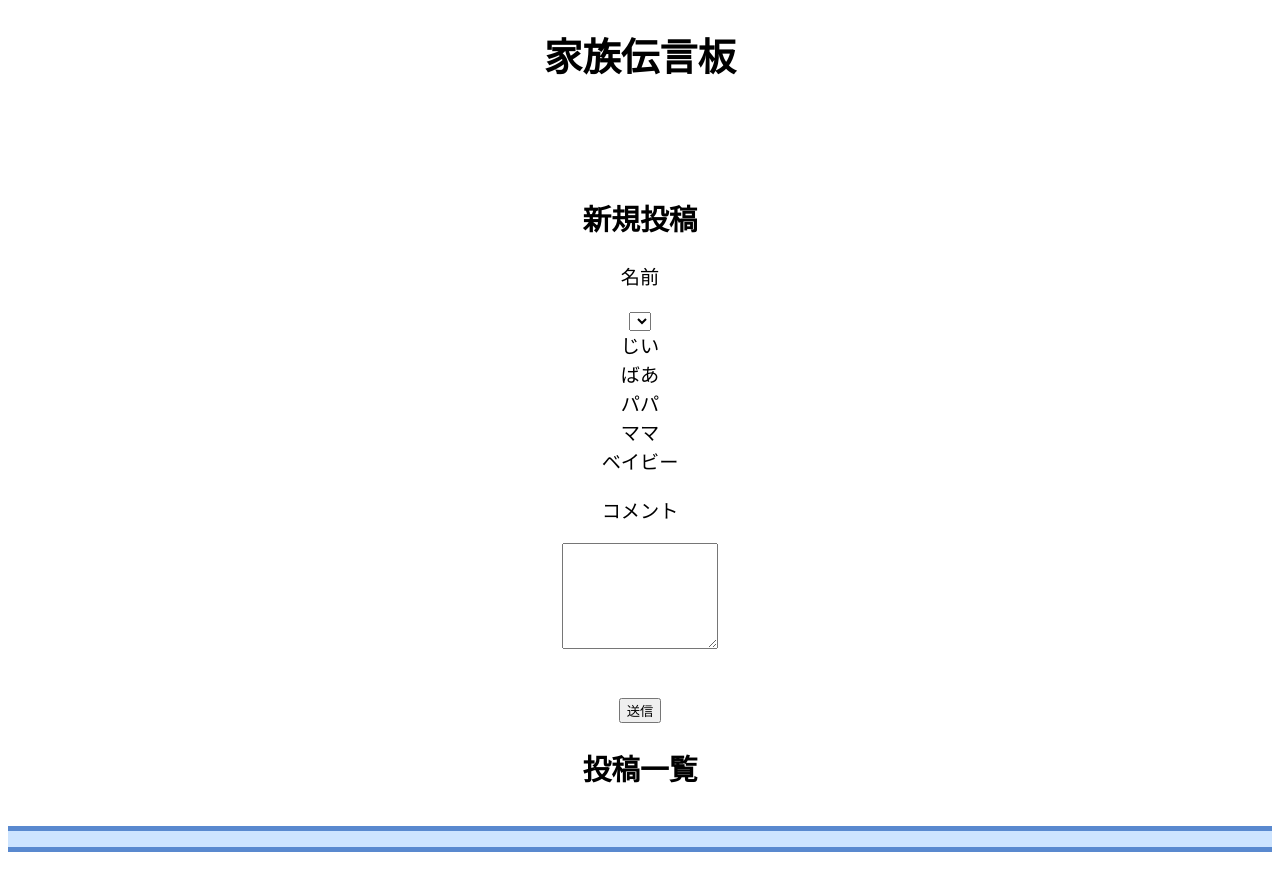
Repository: kakutoshi/test
Page: http://localhost/
These files come from the project's save history. The page is drawn as it stood at one moment and after the next save; the edit follows.
The browser window is 1280 px wide. The pictures show the whole page.
The page is run by PHP 8.4 with error messages shown; the project is at /var/www/html/. Queries for data that is not in the repository find no rows.

Above is the page before, as saved 2022-04-19 00:55:11.

After the next save:
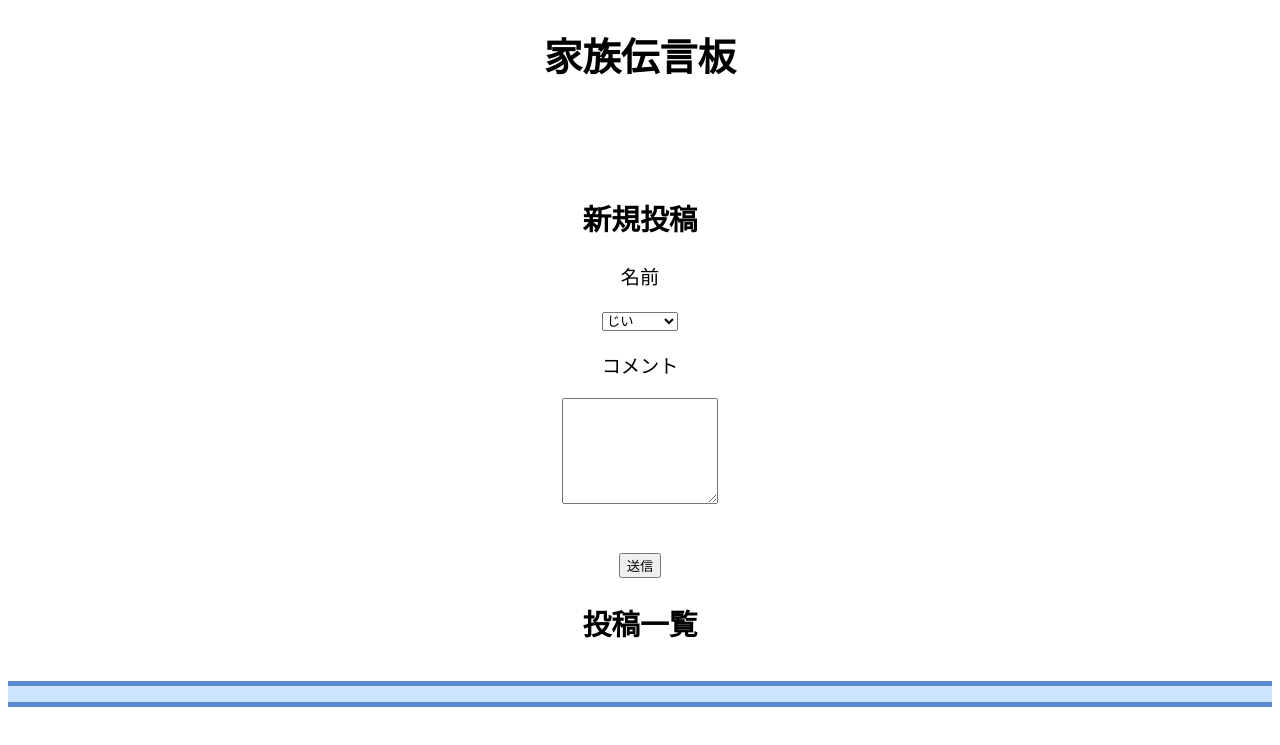
Saved 26 s later.
--- a/it06/htdocs/BBS/index.php
+++ b/it06/htdocs/BBS/index.php
@@ -25,12 +25,13 @@
 
 	<form action="index.php" method="post">
 		<p>名前</p>
-		<select name="a"></select>
+		<select name="a">
 		<option value="じい">じい</option>
 		<option value="ばあ">ばあ</option>
 		<option value="パパ">パパ</option>
 		<option value="ママ">ママ</option>
 		<option value="ベイビー">ベイビー</option>
+</select>
 
 		<p>コメント</p>
 		<textarea name="b"></textarea>
